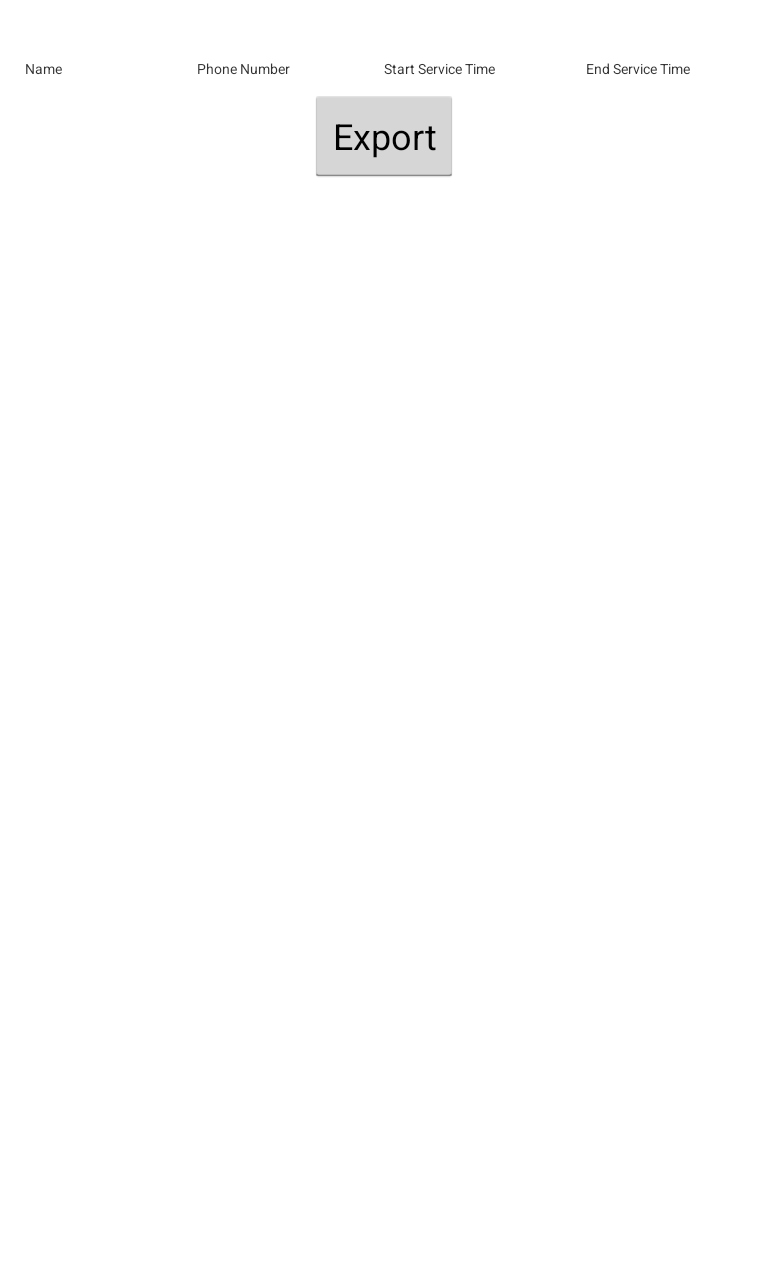
Repository: judemailom/queue-manager
Layout: QueueManager/res/layout/activity_logs.xml
An editor plug-in stored every save of this project. The layout is shown before and after the next save, followed by the edit.
It is drawn on a 768 x 1280 px phone screen (xhdpi) without system bars, with theme AppTheme; the app's code is not run.

Above is the layout before, as saved 2014-02-04 15:39:07.

### QueueManager/res/layout/activity_logs.xml
<ScrollView xmlns:android="http://schemas.android.com/apk/res/android"
    xmlns:tools="http://schemas.android.com/tools"
    android:layout_width="match_parent"
    android:layout_height="wrap_content"
    tools:context=".LogsActivity" >

	<LinearLayout
	    android:layout_width="match_parent"
	    android:layout_height="wrap_content"
	    android:orientation="vertical" >

		<!-- <Button
		    android:id="@+id/select_date"
		    style="?android:attr/buttonStyleSmall"
		    android:layout_width="wrap_content"
		    android:layout_height="wrap_content"
		    android:text="@string/select_date_button"
		    android:onClick="showDatePickerDialog"/>
		 -->

        <TableLayout
            android:id="@+id/table_log"
            android:layout_width="match_parent"
            android:layout_height="wrap_content" >

            <TableRow
                android:id="@+id/date_header"
                android:layout_width="match_parent"
                android:layout_height="wrap_content"
                android:gravity="center_horizontal" >

                <TextView
                    android:id="@+id/log_date"
                    android:layout_width="wrap_content"
                    android:layout_height="wrap_content"
                    android:gravity="center"
            		android:layout_span="4"
            		android:textStyle="bold"
                    android:textAppearance="?android:attr/textAppearanceMedium" />

            </TableRow>

        	<TableRow
        	    android:id="@+id/log_header"
        	    android:layout_width="wrap_content"
        	    android:layout_height="wrap_content"
        	    android:padding="@dimen/table_padding" >

        	    <TextView
        	        android:layout_width="0dp"
        	        android:layout_height="wrap_content"
        	        android:layout_gravity="center_vertical"
        	        android:layout_weight="1"
        	        android:gravity="left"
        	        android:paddingLeft="15px"
        	        android:paddingRight="15px"
        	        android:text="@string/name_head"
        	        android:textSize="14px" />

        	    <TextView
        	        android:layout_width="0dp"
        	        android:layout_height="wrap_content"
        	        android:layout_weight="1"
        	        android:gravity="left"
        	        android:paddingRight="15px"
        	        android:text="@string/number_head"
        	        android:textSize="14px" />

        	    <TextView
        	        android:layout_width="0dp"
        	        android:layout_height="wrap_content"
        	        android:layout_gravity="center_vertical"
        	        android:layout_weight="1"
        	        android:gravity="left"
        	        android:paddingRight="15px"
        	        android:text="@string/start_head"
        	        android:textSize="14px" />

        	    <TextView
        	        android:layout_width="0dp"
        	        android:layout_height="wrap_content"
        	        android:layout_gravity="center_vertical"
        	        android:layout_weight="1"
        	        android:gravity="left"
        	        android:paddingLeft="15px"
        	        android:text="@string/end_head"
        	        android:textSize="14px" />
        	</TableRow>

		</TableLayout>

        <Button
            android:layout_width="wrap_content"
            android:layout_height="wrap_content"
            android:layout_gravity="center_vertical|center_horizontal"
            android:text="@string/export_button"
            android:onClick="export_method" />


	</LinearLayout>

</ScrollView>

### QueueManager/res/values/styles.xml
<resources>

    <!--
        Base application theme, dependent on API level. This theme is replaced
        by AppBaseTheme from res/values-vXX/styles.xml on newer devices.
    -->
    <style name="AppBaseTheme" parent="android:Theme.Light.NoTitleBar">
        <!--
            Theme customizations available in newer API levels can go in
            res/values-vXX/styles.xml, while customizations related to
            backward-compatibility can go here.
        -->
    </style>

    <!-- Application theme. -->
    <style name="AppTheme" parent="AppBaseTheme">
        <!-- All customizations that are NOT specific to a particular API-level can go here. -->
    </style>
    <color name="white">#FFFFFF</color>
    <color name="gray">#F0F0F0</color>

</resources>

### QueueManager/res/values/strings.xml
<?xml version="1.0" encoding="utf-8"?>
<resources>

    <string name="app_name">Queue Manager</string>
    <string name="action_settings">Edit Profile</string>
    <string name="title">Logo</string>
    <string name="login">Login</string>
    <string name="hint_password">Password</string>
    <string name="title_activity_home">HomeActivity</string>
    <string name="hello_world">Hello world!</string>
    <string name="desc_calendar">calendar</string>
    <string name="desc_queue">queue count</string>
    <string name="desc_clock">clock</string>
    <string name="button_close">OPEN QUEUE</string>
    <string name="button_pause">CLOSE QUEUE</string>
    <string name="button_export">EXPORT</string>
    <string name="title_activity_queue">Queue</string>
    <string name="now_serving">Now Serving</string>
    <string name="current_queue">Current Queue</string>
    <string name="desc_now_serving">now_serving</string>
    <string name="desc_current_queue">current_queue</string>
    <string name="queue_count">CLOSED QUEUE</string>
    <string name="about">About</string>
    <string name="help">Help</string>
    <string name="title_activity_settings">Settings</string>
    <string name="title_activity_about">About</string>
    <string name="title_activity_help">Help</string>
    <string name="company_name">Company Name</string>
    <string name="hint"></string>
    <string name="profile_address">Address</string>
    <string name="profile_phone">Contact No.</string>
    <string name="profile_password">Password</string>
    <string name="save">Save</string>
    <string name="title_activity_logs">LogsActivity</string>
	<string name="name_head">Name</string>
	<string name="number_head">Phone Number</string>
	<string name="start_head">Start Service Time</string>
	<string name="end_head">End Service Time</string>
	<string name="log">Logs</string>
	<string name="export_button">Export</string>
	<string name="select_date_button">Select Date</string>

</resources>

### QueueManager/res/values/dimens.xml
<resources>

    <!-- Default screen margins, per the Android Design guidelines. -->
    <dimen name="activity_horizontal_margin">20dp</dimen>
    <dimen name="activity_vertical_margin">20dp</dimen>
    <dimen name="font_title">50dp</dimen>
    <dimen name="font_home">20dp</dimen>
    <dimen name="table_padding">5dp</dimen>

</resources>

Loaded but not shown: QueueManager/res/values-v11/styles.xml (common file); QueueManager/res/values-v14/styles.xml (common file)

After the next save:
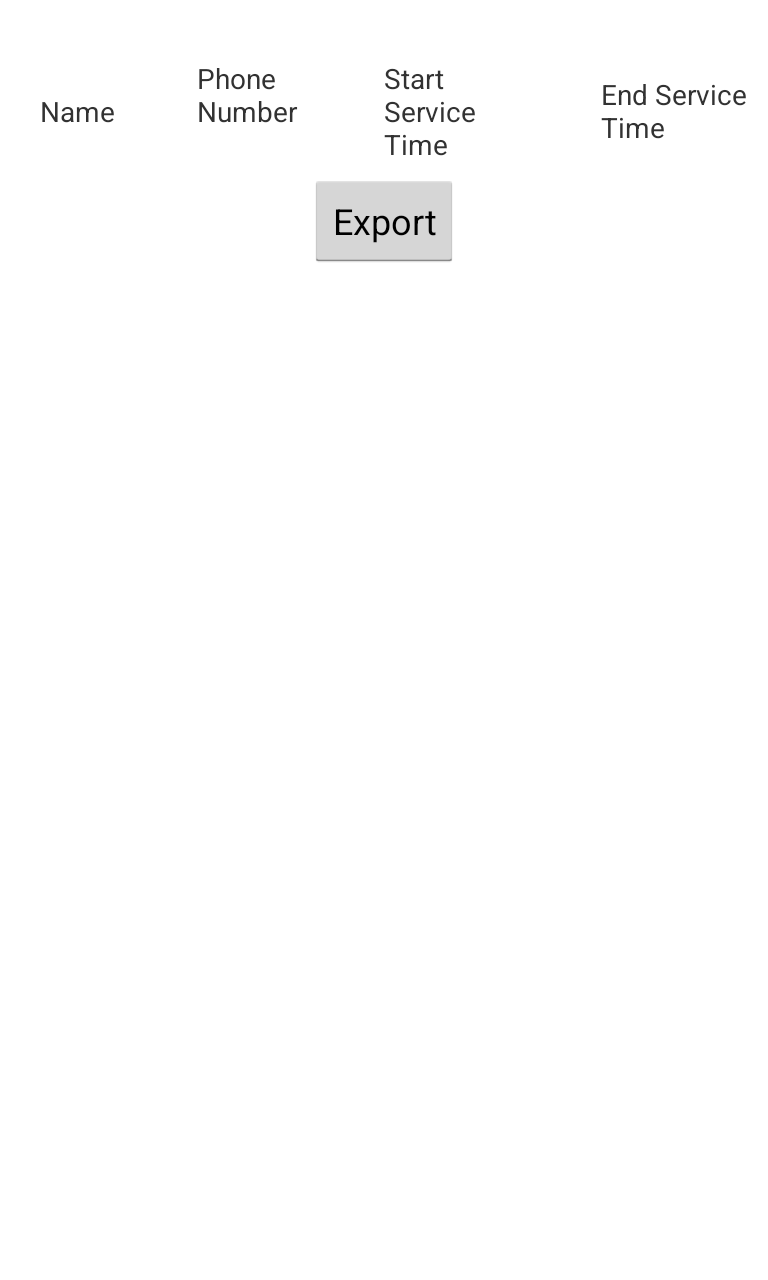
Saved 2 min 29 s later.
--- a/QueueManager/res/layout/activity_logs.xml
+++ b/QueueManager/res/layout/activity_logs.xml
@@ -52,19 +52,19 @@
         	        android:layout_gravity="center_vertical"
         	        android:layout_weight="1"
         	        android:gravity="left"
-        	        android:paddingLeft="15px"
-        	        android:paddingRight="15px"
+        	        android:paddingLeft="15dp"
+        	        android:paddingRight="15dp"
         	        android:text="@string/name_head"
-        	        android:textSize="14px" />
+        	        android:textSize="14dp" />
 
         	    <TextView
         	        android:layout_width="0dp"
         	        android:layout_height="wrap_content"
         	        android:layout_weight="1"
         	        android:gravity="left"
-        	        android:paddingRight="15px"
+        	        android:paddingRight="15dp"
         	        android:text="@string/number_head"
-        	        android:textSize="14px" />
+        	        android:textSize="14dp" />
 
         	    <TextView
         	        android:layout_width="0dp"
@@ -72,9 +72,9 @@
         	        android:layout_gravity="center_vertical"
         	        android:layout_weight="1"
         	        android:gravity="left"
-        	        android:paddingRight="15px"
+        	        android:paddingRight="15dp"
         	        android:text="@string/start_head"
-        	        android:textSize="14px" />
+        	        android:textSize="14dp" />
 
         	    <TextView
         	        android:layout_width="0dp"
@@ -82,9 +82,9 @@
         	        android:layout_gravity="center_vertical"
         	        android:layout_weight="1"
         	        android:gravity="left"
-        	        android:paddingLeft="15px"
+        	        android:paddingLeft="15dp"
         	        android:text="@string/end_head"
-        	        android:textSize="14px" />
+        	        android:textSize="14dp" />
         	</TableRow>
 
 		</TableLayout>
